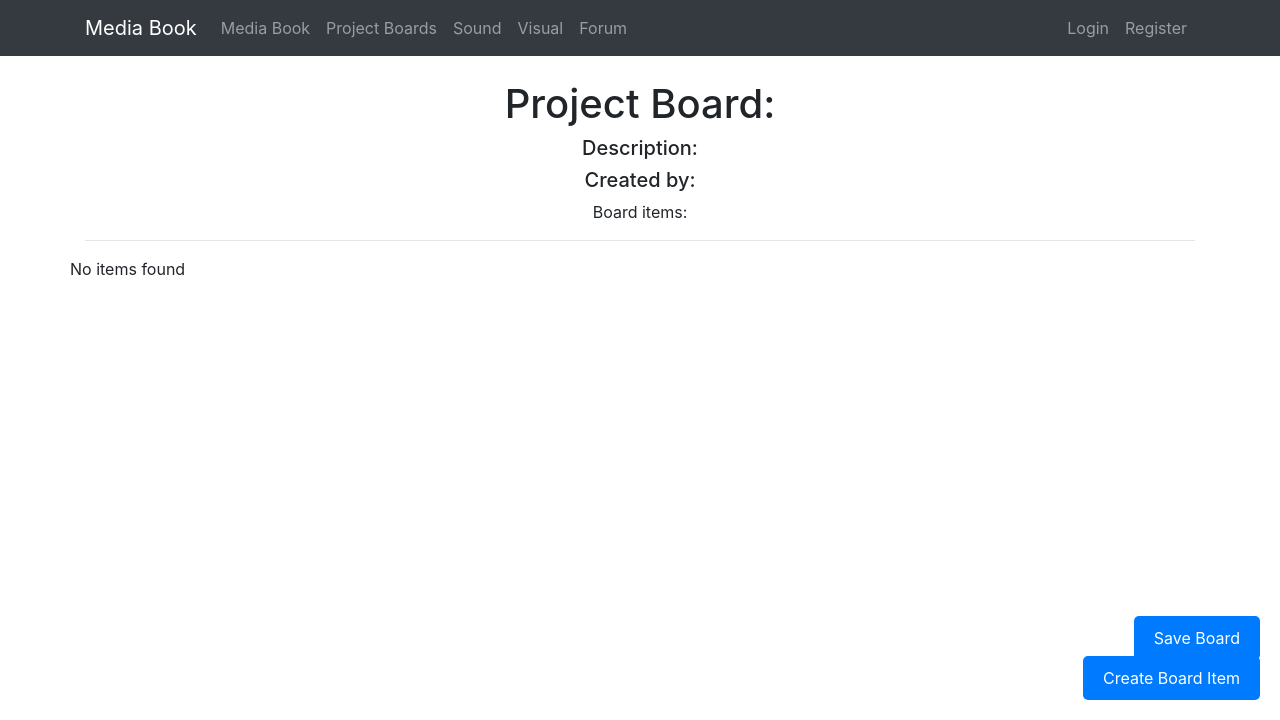
Repository: NateClarkTech/Software-Engineering-3
Page: IdeaBoards/templates/boarddetail.html
These files come from the project's save history. The page is drawn as it stood at one moment and after the next save; the edit follows.
The browser window is 1280 px wide. The pictures show the whole page.
Some web libraries are served in a nearby version. The template is drawn by Django 5.2. The application's start-up code is not run. The template is opened directly, without the code that normally fills it, so the values that code supplies are empty.

Above is the page before, as saved 2024-04-16 16:22:38.

After the next save:
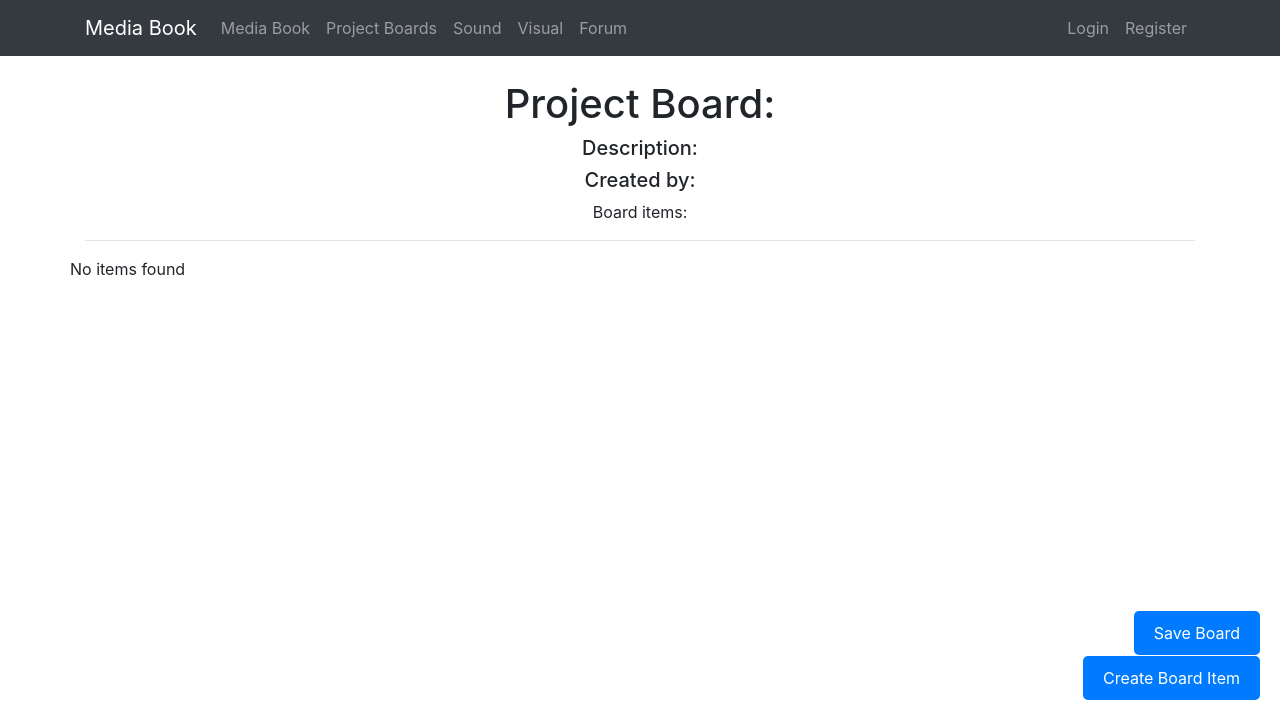
Saved 29 s later.
--- a/IdeaBoards/static/css/ideaBoards.css
+++ b/IdeaBoards/static/css/ideaBoards.css
@@ -41,7 +41,7 @@
 
 #save-board-button {
     position: fixed;
-    bottom: 60px; /* Adjust the distance from the bottom as needed */
+    bottom: 65px; /* Adjust the distance from the bottom as needed */
     right: 20px; /* Adjust the distance from the right as needed */
     z-index: 999; /* Ensure it appears above other content */
     /* Additional styling */
